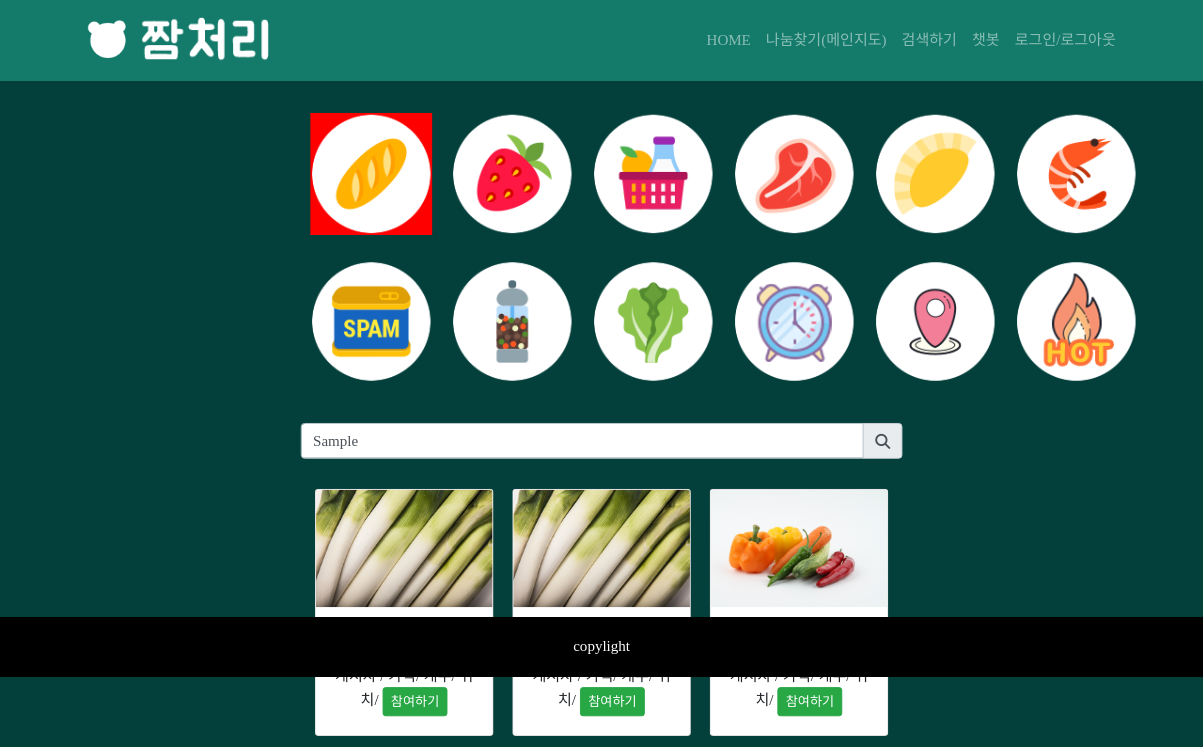
Repository: navang/JJAM_project
Page: http://localhost/jjam/jjam_2_search.jsp
The author's editor kept a copy of each file at every save. The page is drawn from the files as they stood at one save, then again after the next save.
The browser window is 1280 px wide. The pictures show the whole page, at 94% of full size.
Empty fields were first filled with sample values (such as "Sample", 5 or name@example.com).
After loading, the first visible `input` was clicked once.
Some web fonts or font styles are not loaded; a fallback is used. Some web libraries are served in a nearby version. The page is served by Tomcat 9. Nobody is signed in. The application's start-up code is not run. Other server files are loaded and not shown.

Above is the page before, as saved 2019-07-16 04:22:07.

### jjam/src/main/webapp/jjam_2_search.jsp
<%@ page language="java" contentType="text/html; charset=UTF-8"
    pageEncoding="UTF-8"%>
<!DOCTYPE html>
<html>
<head>
<meta charset="UTF-8">
<meta name="viewport" content="width=device-width, initial-scale=1.0">
    <meta http-equiv="X-UA-Compatible" content="ie=edge">

    <link rel="stylesheet" href="https://stackpath.bootstrapcdn.com/bootstrap/4.3.1/css/bootstrap.min.css"
        integrity="sha384-ggOyR0iXCbMQv3Xipma34MD+dH/1fQ784/j6cY/iJTQUOhcWr7x9JvoRxT2MZw1T" crossorigin="anonymous">
    <script src="https://code.jquery.com/jquery-3.3.1.slim.min.js"
        integrity="sha384-q8i/X+965DzO0rT7abK41JStQIAqVgRVzpbzo5smXKp4YfRvH+8abtTE1Pi6jizo"
        crossorigin="anonymous"></script>
    <script src="https://cdnjs.cloudflare.com/ajax/libs/popper.js/1.14.7/umd/popper.min.js"
        integrity="sha384-UO2eT0CpHqdSJQ6hJty5KVphtPhzWj9WO1clHTMGa3JDZwrnQq4sF86dIHNDz0W1"
        crossorigin="anonymous"></script>
    <script src="https://stackpath.bootstrapcdn.com/bootstrap/4.3.1/js/bootstrap.min.js"
        integrity="sha384-JjSmVgyd0p3pXB1rRibZUAYoIIy6OrQ6VrjIEaFf/nJGzIxFDsf4x0xIM+B07jRM"
        crossorigin="anonymous"></script>
    <!-- https://getbootstrap.com/docs/4.3/getting-started/introduction/ 부트스트랩에서 가져옴-->

    <link rel="stylesheet" href="./resources/style/main.css">

    <script src="https://kit.fontawesome.com/825d367943.js"></script>

<title>Insert title here</title>
</head>
<script>
$(function(){
	$("input:image").click(function(){

		// 클릭한 이미지에 'selectImg' 추가
		$(this).toggleClass('selectImg');
		if($(this).hasClass('selectImg')){
			// selectImg 클래스가 있으면 src에서 앞뒤 짜르고 카테고리 이름 가져와서 /아이디 지정하고?/ 해당이름으로 검색
			//--카드에 엘레멘트 생성

			$('.card-columns').append("<div class='card-columns text-center'><div class='card w-100' style='display:none;'><img src='./resources/image/pa.jpg' alt='' class='card-img-top'><div class='card-body'><h4 class='card-title'>품목</h4><div>게시자 / 가격/ 개수/ 위치/ <input type='button' class='btn btn-success btn-sm' value='참여하기'></div></div></div>   ");


			//최초 클릭
			$('.selectImg').css({"background":"red","border-radius":"0px"});
		}else{
			//클릭된 상태
			$(this).removeAttr('style');
		}



	});

})
</script>
<body>

 <!-- ---------------------------------상단 고정 메뉴바--------------------------------------------->
      <h1 class="seperator"></h1>
      <nav id="top_navcolor" class="navbar fixed-top navbar navbar-expand-xl navbar-dark">
          <!-- fixed-top 상단고정-->
          <div class="container">
              <!-- 브랜드 로고 삽입-->
              <a href="JJAM_3_form.html" class="navbar-brand">
                  <img id="logo" class="" style="width: 60px; height: 60px;" src="./resources/image/character.png" alt=""><img src="./resources/image/JJCR_white1.png">
              </a>
              <!-- 햄버거 버튼-->
              <button class="navbar-toggler" data-toggle="collapse" data-target="#myNav">
                  <span class="navbar-toggler-icon"></span>
              </button>
              <!-- 네비게이션 버튼 -->
              <div id="myNav" class="collapse navbar-collapse justify-content-end">
                  <ul class="navbar-nav">
                      <li class="nav-item"><a href="" class="nav-link">HOME</a></li>
                      <li class="nav-item"><a href="" class="nav-link">나눔찾기(메인지도)</a></li>
                      <li class="nav-item"><a href="" class="nav-link">검색하기</a></li>
                      <li class="nav-item"><a href="" class="nav-link">챗봇</a></li>
                      <li class="nav-item"><a href="" class="nav-link">로그인/로그아웃</a>

                      </li>
                  </ul>
              </div>
          </div>
      </nav>



<!------------------------------------------------------------------------->

<div class="search"> <!--전체화면 분할-->
    <div class=""></div> <!-- 상단 navbar로 인한 공백-->
    <div class=""></div> <!-- 상단 navbar로 인한 공백-->
    <div class=""></div> <!-- 상단 navbar로 인한 공백-->

    <div></div><!-- 그리드 왼쪽 공백-->
    <div>

      <div id="grid">
             <div style="padding: 10px;"><input type="image" src="./resources/image/category_icon/bread_icon.png" /></div>
             <div style="padding: 10px;"><input type="image"  src="./resources/image/category_icon/fruit_icon.png" /></div>
             <div style="padding: 10px;"><input type="image"  src="./resources/image/category_icon/ingredients_icon.png" /></div>
             <div style="padding: 10px;"><input type="image"  src="./resources/image/category_icon/meat_icon.png" /></div>
             <div style="padding: 10px;"><input type="image"  src="./resources/image/category_icon/nangdong_icon.png" /></div>
             <div style="padding: 10px;"><input type="image"  src="./resources/image/category_icon/seafood_icon.png" /></div>
             <div style="padding: 10px;"><input type="image"  src="./resources/image/category_icon/spam_icon.png" /></div>
             <div style="padding: 10px;"><input type="image"  src="./resources/image/category_icon/spice_icon.png" /></div>
             <div style="padding: 10px;"><input type="image"  src="./resources/image/category_icon/vege_icon.png" /></div>
             <div style="padding: 10px;"><input type="image"  src="./resources/image/category_icon/recent_icon.png"/></div>
             <div style="padding: 10px;"><input type="image"  src="./resources/image/category_icon/nearby_icon.png"/></div>
             <div style="padding: 10px;"><input type="image"  src="./resources/image/category_icon/hottem_icon.png"/></div>
          </div>

    </div>
    <div></div>    <!-- 그리드 오른쪽공백-->
     <!-- 그리드 아래 공백-->
    <div class=""></div>
    <div></div>
    <div class=""></div>
 <!-------------검색창-------------->
    <div class=""></div>
    <div>
        <form action="/search/search" method="GET">
        <div class="input-group">
            <input type="text" class="form-control" placeholder="검색어를 입력하세요">
            <div class="input-group-append">
                <button class="btn btn-primary input-group-text" type="submit">
                    <i class="fas fa-search"></i>
                </button>
            </div>
        </div>
    </form></div>
    <div class=""></div>
       <!-- 검색창 아래 공백-->
       <div class=""></div>
       <div></div>
       <div class=""></div>
 <!-------------게시글-------------->
 <div class=""></div>
 <div class="container">
        <!-- 동적으로 게시물을 받아와야함-->
        <div class="card-columns text-center">
             <!-- 카드 1세트-->
           <div class="card w-100" style="display:none;">
                <img src="./resources/image/pa.jpg" alt="" class="card-img-top">
                <div class="card-body">
                    <h4 class="card-title">품목</h4>
                 <div>게시자 / 가격/ 개수/ 위치/ <input type="button" class="btn btn-success btn-sm" value="참여하기"></div>

                </div>
            </div>
        <!-------------- -->
            <!-- 카드 1세트-->
           <div class="card w-100">
                <img src="./resources/image/pa.jpg" alt="" class="card-img-top">
                <div class="card-body">
                    <h4 class="card-title">품목</h4>
                 <div>게시자 / 가격/ 개수/ 위치/ <input type="button" class="btn btn-success btn-sm" value="참여하기"></div>

                </div>
            </div>
        <!-------------- -->
          <!-- 카드 1세트-->
          <div class="card w-100">
                <img src="./resources/image/pa.jpg" alt="" class="card-img-top">
                <div class="card-body">
                    <h4 class="card-title">품목</h4>
                 <div>게시자 / 가격/ 개수/ 위치/ <input type="button" class="btn btn-success btn-sm" value="참여하기"></div>

                </div>
            </div>
        <!-------------- -->
          <!-- 카드 1세트-->
          <div class="card w-100">
                <img src="./resources/image/carrot.jpg" alt="" class="card-img-top">
                <div class="card-body">
                    <h4 class="card-title">품목</h4>
                 <div>게시자 / 가격/ 개수/ 위치/ <input type="button" class="btn btn-success btn-sm" value="참여하기"></div>

                </div>
            </div>
        <!-------------- -->
       </div>

        <!-- 게시글 끝 페이지 다운-->

        </div>

 <div class=""></div>
 <div class=""></div>
 <div class=""></div>
 <div class=""></div>


</div>
<!--------------------------------------------------------------------------->
<div class="footer fixed-bottom">copylight</div>






</body>
</html>

### jjam/src/main/webapp/resources/style/main.css
@charset "utf-8";

@font-face {
    font-family: NanumSquareR;
    src: url(../font/NanumSquareR.woff) format('woff');
}

@font-face {
    font-family: NanumSquareL;
    src: url(../font/NanumSquareL.woff) format('woff');
}

@font-face {
    font-family: NanumSquareB;
    src: url(../font/NanumSquareB.woff) format('woff');
}





/* background*/


h1, h2, h3, h5, p {
    font-family: NanumSquareR, sans-serif;
    font-weight: 500;
    color: white;
}
h4{
    font-family: NanumSquareR, sans-serif;
    font-weight: 500;
    color: black;
}

h1, h2, h3 {
    margin-top: 10px;
    margin-bottom: 10px;
    font-weight: 700;
}

body{
  	font-family:BMJUA;
    background: #033f3b;
}
#logo{
	width: 60px; height: 60px;
}
#jcr{
	margin-left: 60px; position:fixed;
}
#top_navbar {
    background: rgba(0,0,0,0.7);
}
#top_navcolor {
    background-color: #147b6b;
}

#top_navbar-nav > li > a {
    padding-top: 20px;
    padding-bottom: 20px;
}

.separator {
    background: #59e;
    margin-top: 80px;
    padding: 21px;
    text-align: center;
    color: #fff;
}

.red {
    background: #fcc;
    border: #eaa solid 4px;
}

/* .yellow { */
/*     background: #f6f6c0; */
/*     border: #dd7 solid 4px; */
/* } */


.green {
    font:white;
    background: #147b6b;

}

.bluegreen {
    background: #aee;
    border: #8dd solid 4px;
}
<<<<<<< HEAD


/* .blue { */
=======
/* .blue { */
/*     background: #bcf; */
/*     border: #9ae solid 4px; */
/* } */

>>>>>>> 7f7c7283d27dcf0b9cae4bf84bee2c912e11a8f9
.blue {
    background: #bcf;
    border: #9ae solid 4px;
}
/*1_ intro*/
.intro_form{
    display: grid;
     grid-template-columns: 100%;
<<<<<<< HEAD
    grid-template-rows: 30px 850px 850px ;
=======
    grid-template-rows: 30px 850px 300px ;
>>>>>>> 7f7c7283d27dcf0b9cae4bf84bee2c912e11a8f9
}
.intro-main{
  position: absolute;
  top: 15%;
  left: 20%;
  transform: translate(-20%, -20%);
  width: 80%;

}
.intro-desc{
	display:grid;
	 grid-template-columns: 15% 70% 15%;
    grid-template-rows:  250px 80px ;
}

/*  풀어주기   */
.map-custom{
	width:100%;
	height:700px;
	position:relative;
	overflow:hidden;
	border-radius:30px;
}


.bigfont{
	font-size: 700px;
    text-align: center;

    font-family: NanumSquareL;
    src: url(../font/NanumSquareL.woff) format('woff');

}


.white-text {
    color: white;
}

.row{
     display : grid;
     grid-template-columns: 100%;
     grid-template-rows: 70px 850px 100px ;
}
.mypage{
	display: grid;
	  grid-template-columns: 20% 60% 20%;
     grid-template-rows: 400px 1400px ;
}
.mypage-columns{
	display:grid;
	  grid-template-columns: 30% 70%;
 	text-align: center;

}
.mypage-rows{
	display:grid;
	  grid-template-rows: 30% 70%;


}
/* 햄버거*/
.ham{
	width:100px;
}

/* 2_search 페이지 */
.search{
    display : grid;
    grid-template-columns: 25% 50% 25%;
    grid-template-rows: 100px 300px 40px 50px 20px;
}
.search-grid {

    display : grid;
    text-align: center;
    grid-template-columns: 20% 20% 20% 20% 20%;
    grid-template-rows: 100px 100px 100px 100px 100px;
}
/* 3 form*/
/* 전체화면 분할*/
.modal-form{
    display : grid;
    grid-template-columns: 15% 70% 15%;
    grid-template-rows: 60px 780px  50px;

}
/* 가운데화면 분할*/
.modal-form-grid{
    display : grid;
    grid-template-columns: 60% 40%;
    grid-template-rows: 60px  700px 70px;

}
/* */
.modal-inner-grid{
    display : grid;
    grid-template-columns: 50% 50%;

}

.modal-size{
    position: absolute;


}
/* modal fullsize*/
.modal-dialog.modal-fullsize {
    width: 150%; height: 100%; margin: 0; padding: 0;
}
.modal-content.modal-fullsize {
    height: auto;
    min-height: 100%;
    border-radius: 0;
  }
.btn-create{
	text-decoration:none;
	width:100%;
	height:40px;
	font-size:20px;
	border-radius:30px;
	background:#147b6b;
	color:white;
	box-shadow: 0px 3px 0px black;
	border: 2px solid white;
}
.btn-create:hover .btn-create:focus, btn-create:active {
	background:#073d35;

}

/* info modal img*/
.img-chatmodal{
    width:1900px;
    height: 950px;
    background-image:url('../image/chatbot_modal.png');
}

/*게시물 리스트*/
.form-list {
    display: grid;
    grid-template-columns:3% 20% 3% 74%;
    padding: 10px;
}


/* 5*5 그리드 */
#grid{
    display: grid;
    text-align: center;
    grid-template-columns:150px 150px 150px 150px 150px 150px;
}
/* 메인 1 페이지  */
.wrapper {
    display: grid;
    grid-template-columns: 5% 55% 40% ;
    grid-template-rows: 100px 7px 100px 30px 100px 100px 30px 100px 100px;
}

/* 4 login form*/
.login{
    display : grid;
    grid-template-columns: 30% 800px 27%;
    grid-template-rows: 100px 800px ;
}
.login-set{
    color : #1f0a01;
    background-color: white;
    border-radius: 15px;
    display:grid;
    grid-template-rows: 80px 380px 300px 40px;
    text-align: center;

}
.login-set.login-form{
    display: grid;
    grid-template-columns:240px 320px 240px;
    grid-template-rows: 100px 100px 100px ;

}
.design-border{
    border: silver solid 2px;
}

/* 7_result*/
.result-form{
    display: grid;
     grid-template-columns: 15% 70% 15%;
    grid-template-rows: 200px 300px 300px ;
}
.result-form-item{
	display:grid;
	  text-align:center;
	  grid-template-columns:100%;

}
.result-form-item-line{
	 background:white;
 	text-align:center;
	  border-radius: 50px;
	  width:73%;
	  height:3px;
	  margin-left:180px;

}
.result-button{
	width:100px;
	height:40px;
	border-radius:30px;
	background:white;

}
/* footer*/
.footer {
    left: 0;
    bottom: 0;
    width: 100%;
	padding: 20px 0;
	text-align: center;
	color: white;
	background:  black;
}
.card {
  height: 30%;
}
.card-columns {
    @include media-breakpoint-only(lg) {
      column-count: 4;
    }
    @include media-breakpoint-only(xl) {
      column-count: 5;
    }
  }
@media(max-width:375px){
#logo{
	width: 30px; height: 30px; position:fixed;
}
#jcr{
	margin-left: 35px; position:fixed; height: 30px;
}
    .search{
        display : grid;
        grid-template-columns: 0px 100% 0px;
        grid-template-rows: 100px 600px 30px 30px 20px ;
    }
      /* 5*5 그리드 */
    #grid{
    display: grid;
    text-align: center;
    grid-template-columns:160px 160px 160px;
}

    .wrapper {
    display: grid;
    grid-template-columns: 5% 90% 5% ;
    grid-template-rows: 100px 60px 30% 30px 70px 100px 100px 100px 10px;
    }
    .search-grid {

        display : grid;
        text-align: center;
        grid-template-columns: 25% 25% 25% 25%;
        grid-template-rows: 50px  50px  50px 50px  50px  50px;
    }


    .mypage{
	display: grid;
	  grid-template-columns: 100%;
     grid-template-rows: 0px  0px   170px  0px   500px;
}
.mypage-columns{
	display:grid;
	 grid-template-columns: 100%;
		  grid-template-rows: 400px 50%;

}
.mypage-rows{
	display:grid;

		  grid-template-template: 100%;
		   grid-template-rows: 60% 40%;
}
.mypage-menu{
	display:grid;

		  grid-template-rows: 25% 25% 25% 25%;
}


    /*챗 모달 사용설명서*/
    .img-chatmodal{
        width:640px;
        height: 950px;
        background-image:url('../image/chatbot_modal_mobile.png');

    }
    /* modal fullsize*/
    .modal-dialog.modal-fullsize {
    width: 100%; height: 100%; margin: 0; padding: 0;
    }
    .modal-content.modal-fullsize {
    height: auto;
    min-height: 100%;
    border-radius: 0;
  }
    /* 가운데화면 분할*/
.modal-form{
    display : grid;
    grid-template-columns: 15% 70% 15%;
    grid-template-rows: 60px 780px  50px;

}
/* 가운데화면 분할*/
.modal-form-grid{
    display : grid;
    grid-template-columns: 60% 40%;
    grid-template-rows: 60px  700px 70px;

}

    .modal-inner-grid{
        display : grid;
        grid-template-columns: 100%;

    }
    /* 4 login form*/
    .login{
    display : grid;
    grid-template-columns: 0px 640px 0px;
    grid-template-rows: 50px 640px ;
}
.result-form{
    display: grid;
     grid-template-columns: 0% 100% 0%;
    grid-template-rows: 100px 700px 100px ;
}
.ham{
	width:100px;
}
/* footer*/
.footer {
    left: 0;
    bottom: 0;
    width: 100%;
	padding: 20px;
	text-align: center;
	color: white;
	background:  black;
}

/*1_ intro*/
.intro_form{
    display: grid;
     grid-template-columns: 100%;
    grid-template-rows: 30px 360px 550px ;
}
.intro-main{
  position: absolute;
  font-size: 20px;
  top: 50%;
  left: 20%;
  transform: translate(-20%, -20%);
  width: 80%;

}
.intro-desc{
	display:grid;
	 grid-template-columns: 10% 80% 10%;
    grid-template-rows:  550px 150px ;
}

/*  풀어주기   */
.map-custom{
	width:700px;
	height:700px;
	position:relative;
	overflow:hidden;
	margin-left: 80px;
	border-radius:30px;
}


.bigfont{
	left:50%;
	transform:rotate(30deg);
	font-size: 300px;
    text-align: left;

    font-family: NanumSquareL;
    src: url(../font/NanumSquareL.woff) format('woff');

}


}

After the next save:
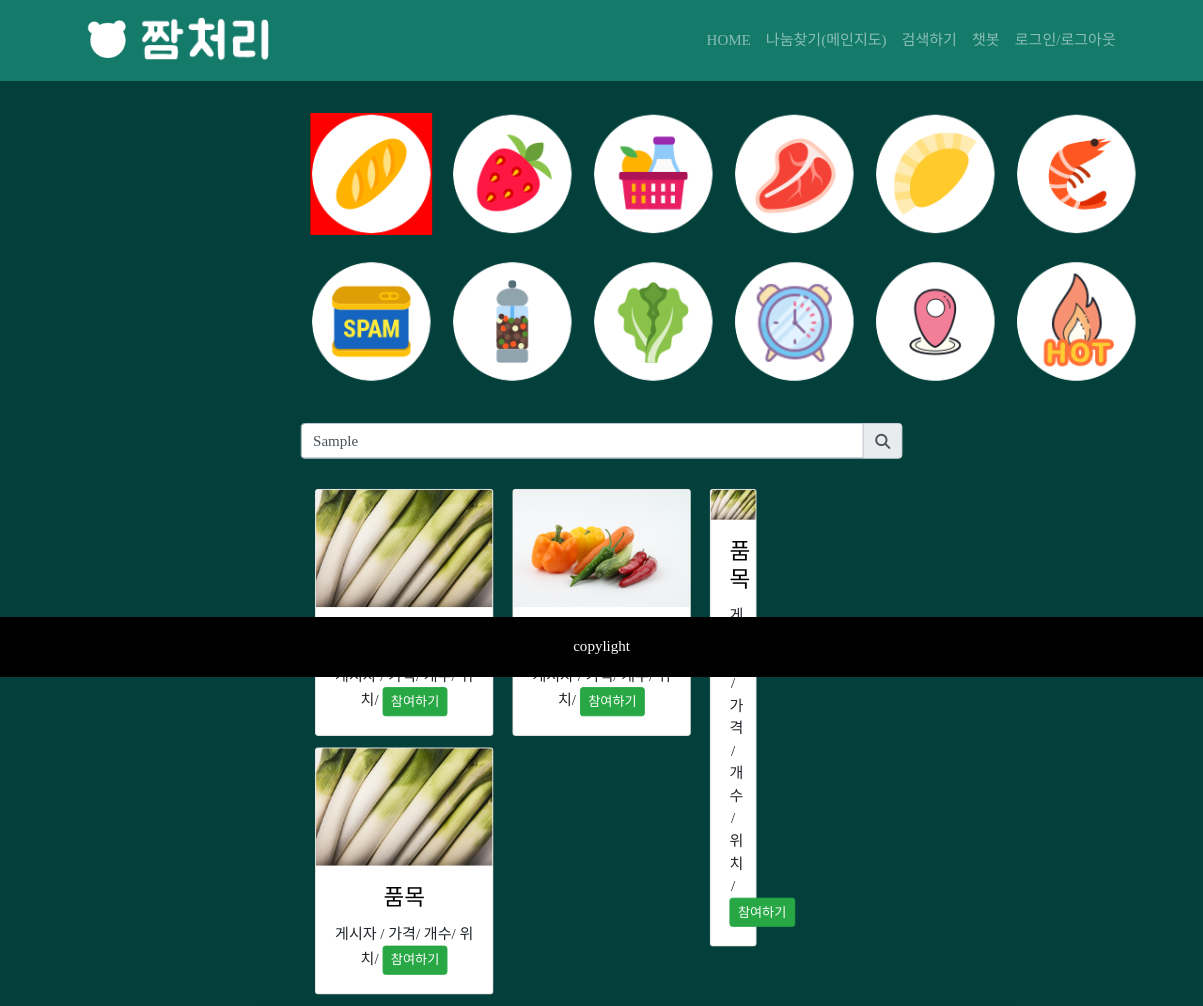
Saved 106 s later.
--- a/jjam/src/main/webapp/jjam_2_search.jsp
+++ b/jjam/src/main/webapp/jjam_2_search.jsp
@@ -36,7 +36,7 @@
 			// selectImg 클래스가 있으면 src에서 앞뒤 짜르고 카테고리 이름 가져와서 /아이디 지정하고?/ 해당이름으로 검색
 			//--카드에 엘레멘트 생성
 
-			$('.card-columns').append("<div class='card-columns text-center'><div class='card w-100' style='display:none;'><img src='./resources/image/pa.jpg' alt='' class='card-img-top'><div class='card-body'><h4 class='card-title'>품목</h4><div>게시자 / 가격/ 개수/ 위치/ <input type='button' class='btn btn-success btn-sm' value='참여하기'></div></div></div>   ");
+			$('.card-columns').append("<div class='card-columns text-center'><div class='card w-100'><img src='./resources/image/pa.jpg' alt='' class='card-img-top'><div class='card-body'><h4 class='card-title'>품목</h4><div>게시자 / 가격/ 개수/ 위치/ <input type='button' class='btn btn-success btn-sm' value='참여하기'></div></div></div>   ");
 
 
 			//최초 클릭
